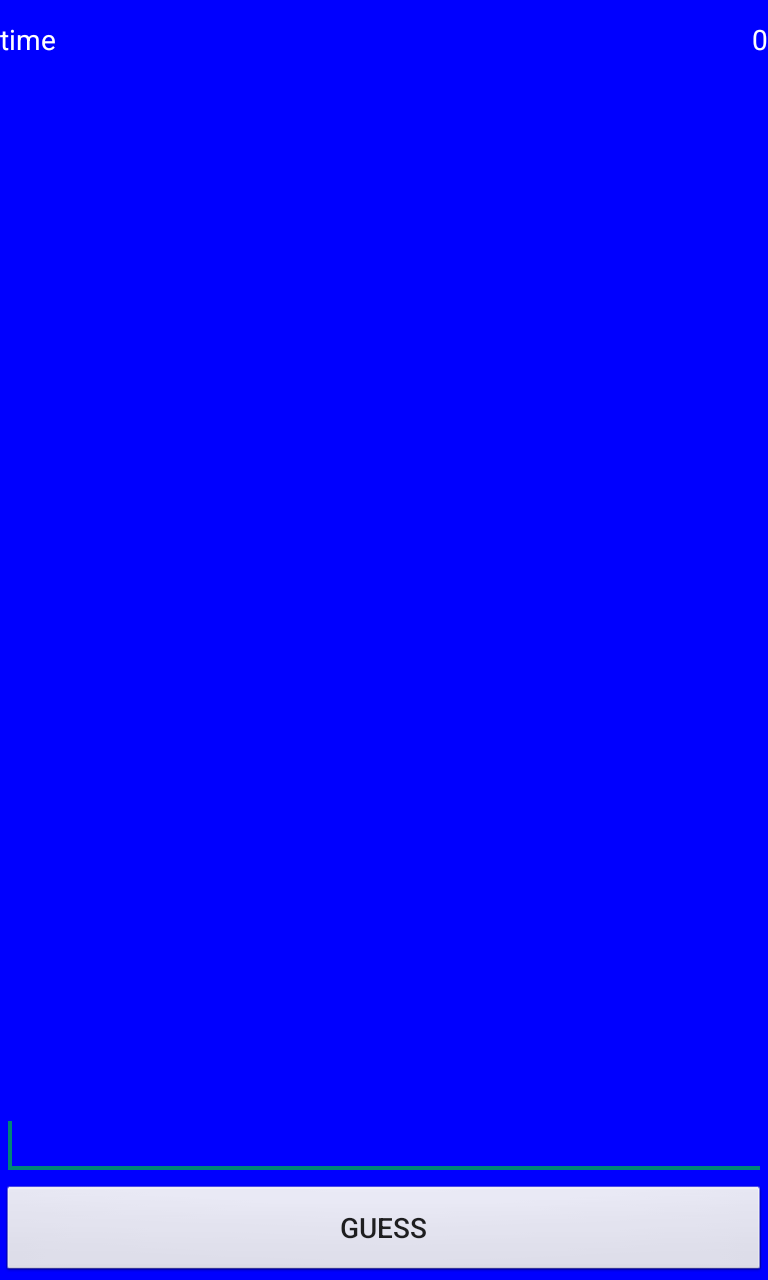
Repository: bdagostino/cse5236FinalProject
Layout: GuessThatImage/res/layout/activity_game.xml
The author's editor kept a copy of each file at every save. The layout is drawn from the files as they stood at one save, then again after the next save.
It is drawn on a 768 x 1280 px phone screen (xhdpi) without system bars, with theme AppTheme; the app's code is not run.

Above is the layout before, as saved 2014-07-03 23:11:14.

### GuessThatImage/res/layout/activity_game.xml
<RelativeLayout xmlns:android="http://schemas.android.com/apk/res/android"
    xmlns:tools="http://schemas.android.com/tools"
    android:id="@+id/GameplayContainer"
    android:layout_width="match_parent"
    android:layout_height="match_parent"
    android:background="@drawable/blue_background"
    android:paddingTop="5dp" >

    <TableLayout
        android:id="@+id/TableLayout1"
        android:layout_width="match_parent"
        android:layout_height="match_parent"
        tools:context="${packageName}.${activityClass}" >

        <TableRow
            android:id="@+id/tableRow1"
            android:layout_width="match_parent"
            android:layout_height="wrap_content"
            android:paddingTop="5dp"
            android:paddingBottom="5dp">

            <TextView
                android:id="@+id/time_remaining"
                android:layout_width="wrap_content"
                android:layout_height="wrap_content"
                android:layout_weight="0.5"
                android:text="time"
                android:textColor="@android:color/white"/>

            <TextView
                android:id="@+id/current_score"
                android:layout_width="wrap_content"
                android:layout_height="wrap_content"
                android:layout_weight="0.5"
                android:gravity="right"
                android:text="0"
                android:textColor="@android:color/white" />

        </TableRow>

        <TableLayout
            android:layout_width="match_parent"
            android:layout_height="wrap_content" >

            <TableRow
                android:id="@+id/tableRow3"
                android:layout_width="match_parent"
                android:layout_height="2dp" >

                <ImageView
                    android:id="@+id/imageView1"
                    android:layout_weight="0.5"
                    android:minHeight="150dp"
                    android:scaleType="fitCenter" />

                <ImageView
                    android:id="@+id/imageView2"
                    android:layout_height="wrap_content"
                    android:layout_weight="0.5"
                    android:minHeight="150dp"
                    android:scaleType="fitCenter" />
            </TableRow>

            <TableRow
                android:id="@+id/tableRow4"
                android:layout_width="match_parent"
                android:layout_height="wrap_content" >

                <ImageView
                    android:id="@+id/imageView3"
                    android:layout_width="wrap_content"
                    android:layout_height="wrap_content"
                    android:layout_weight="0.5"
                    android:minHeight="150dp"
                    android:scaleType="fitCenter" />

                <ImageView
                    android:id="@+id/imageView4"
                    android:layout_width="wrap_content"
                    android:layout_height="wrap_content"
                    android:layout_weight="0.5"
                    android:minHeight="150dp"
                    android:scaleType="fitCenter" />
            </TableRow>
        </TableLayout>
    </TableLayout>

    <RelativeLayout
        android:id="@+id/RelativeLayout1"
        android:layout_width="match_parent"
        android:layout_height="match_parent"
        android:gravity="bottom" >

        <TableLayout
            android:id="@+id/guessTable"
            android:layout_width="match_parent"
            android:layout_height="wrap_content"
            android:layout_alignParentLeft="true"
            android:layout_alignParentTop="true"
            android:layout_marginTop="6dp" >

            <EditText
                android:id="@+id/editText1"
                android:layout_width="match_parent"
                android:layout_height="wrap_content"
                android:ems="10"
                android:textColor="@android:color/white" >

                <requestFocus />
            </EditText>

            <Button
                android:id="@+id/button1"
                android:layout_width="match_parent"
                android:layout_height="wrap_content"
                android:background="@android:drawable/btn_default"
                android:text="Guess" />

        </TableLayout>
    </RelativeLayout>

</RelativeLayout>

Loaded but not shown: GuessThatImage/res/values/styles.xml (common file); GuessThatImage/res/values-v11/styles.xml (common file); GuessThatImage/res/values-v14/styles.xml (common file)

After the next save:
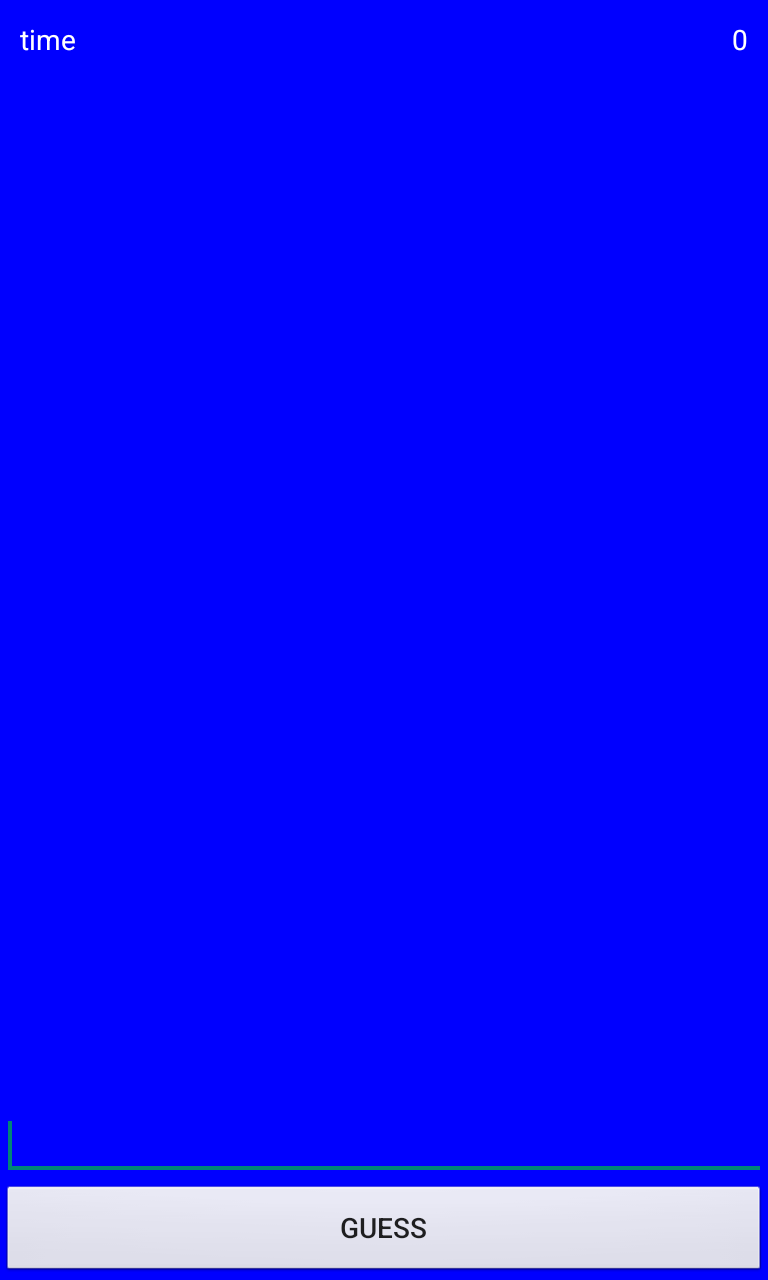
Saved 2 min 1 s later.
--- a/GuessThatImage/res/layout/activity_game.xml
+++ b/GuessThatImage/res/layout/activity_game.xml
@@ -16,8 +16,10 @@
             android:id="@+id/tableRow1"
             android:layout_width="match_parent"
             android:layout_height="wrap_content"
-            android:paddingTop="5dp"
-            android:paddingBottom="5dp">
+            android:paddingBottom="5dp"
+            android:paddingLeft="10dp"
+            android:paddingRight="10dp"
+            android:paddingTop="5dp" >
 
             <TextView
                 android:id="@+id/time_remaining"
